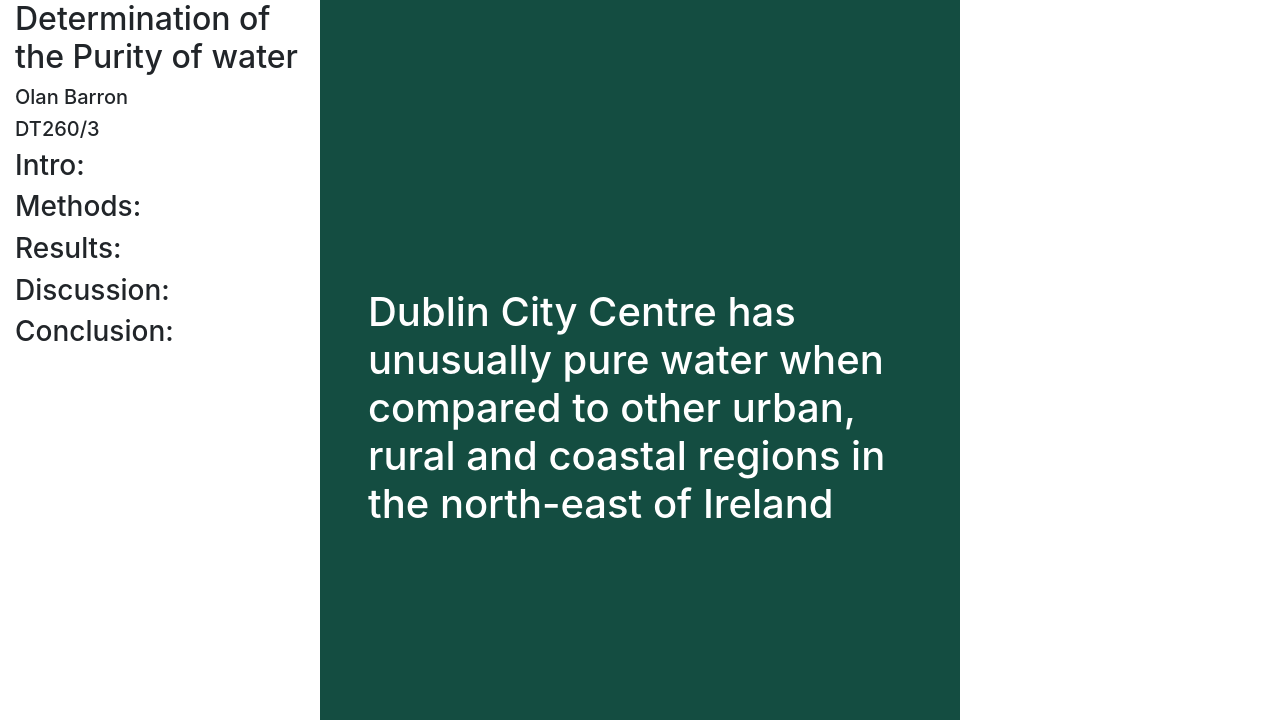
Repository: Olan1/project_poster
Page: index.html
The author's editor kept a record of every edit. The page is drawn from the files as they stood at one moment, then again after the next edit.
The browser window is 1280 px wide. The pictures show the whole page.

Above is the page before.

### index.html
<!DOCTYPE html>
<html lang="en">

<head>
    <meta charset="UTF-8">
    <meta name="viewport" content="width=device-width, initial-scale=1.0">
    <meta http-equiv="X-UA-Compatible" content="ie=edge">

    <!-- Bootstrap -->
    <link rel="stylesheet" href="https://stackpath.bootstrapcdn.com/bootstrap/4.4.1/css/bootstrap.min.css" integrity="sha384-Vkoo8x4CGsO3+Hhxv8T/Q5PaXtkKtu6ug5TOeNV6gBiFeWPGFN9MuhOf23Q9Ifjh" crossorigin="anonymous">

    <!-- Local CSS -->
    <link rel="stylesheet" href="static/style.css" type="text/css" />

    <title>Purity of Water</title>
</head>

<body>
    <div class="container-fluid">
        <div class="row">
            <div class="col-3">
                <h2>Determination of the Purity of water</h2>
                <h5>Olan Barron</h5>
                <h5>DT260/3</h5>

                <h3>Intro:</h3>
                <h3>Methods:</h3>
                <h3>Results:</h3>
                <h3>Discussion:</h3>
                <h3>Conclusion:</h3>
            </div>
            <div class="col-6 bg-green p-0">
                <h1 class="white-text center-text center-align m-5">Dublin City Centre has unusually pure water when compared to other urban, rural and coastal regions in the north-east of Ireland</h1>
            </div>
            <div class="col-3">

            </div>
        </div>
    </div>


    <script src="https://cdnjs.cloudflare.com/ajax/libs/jquery/3.5.0/jquery.min.js"></script>
    <script src="https://cdn.jsdelivr.net/npm/popper.js@1.16.0/dist/umd/popper.min.js" integrity="sha384-Q6E9RHvbIyZFJoft+2mJbHaEWldlvI9IOYy5n3zV9zzTtmI3UksdQRVvoxMfooAo" crossorigin="anonymous"></script>
    <script src="https://stackpath.bootstrapcdn.com/bootstrap/4.4.1/js/bootstrap.min.js" integrity="sha384-wfSDF2E50Y2D1uUdj0O3uMBJnjuUD4Ih7YwaYd1iqfktj0Uod8GCExl3Og8ifwB6" crossorigin="anonymous"></script>
</body>

</html>

### assets/css/style.css
body,
.container-fluid,
.row {
    height: 100vh;
}

.bg-green {
    background-color: #144D41;
}

.white-text {
    color: #ffffff;
}

.justify {
    text-align: justify;
}

.center-align {
    position: absolute;
    top: 50%;
    transform: translate(0, -50%);
}

After the next edit:
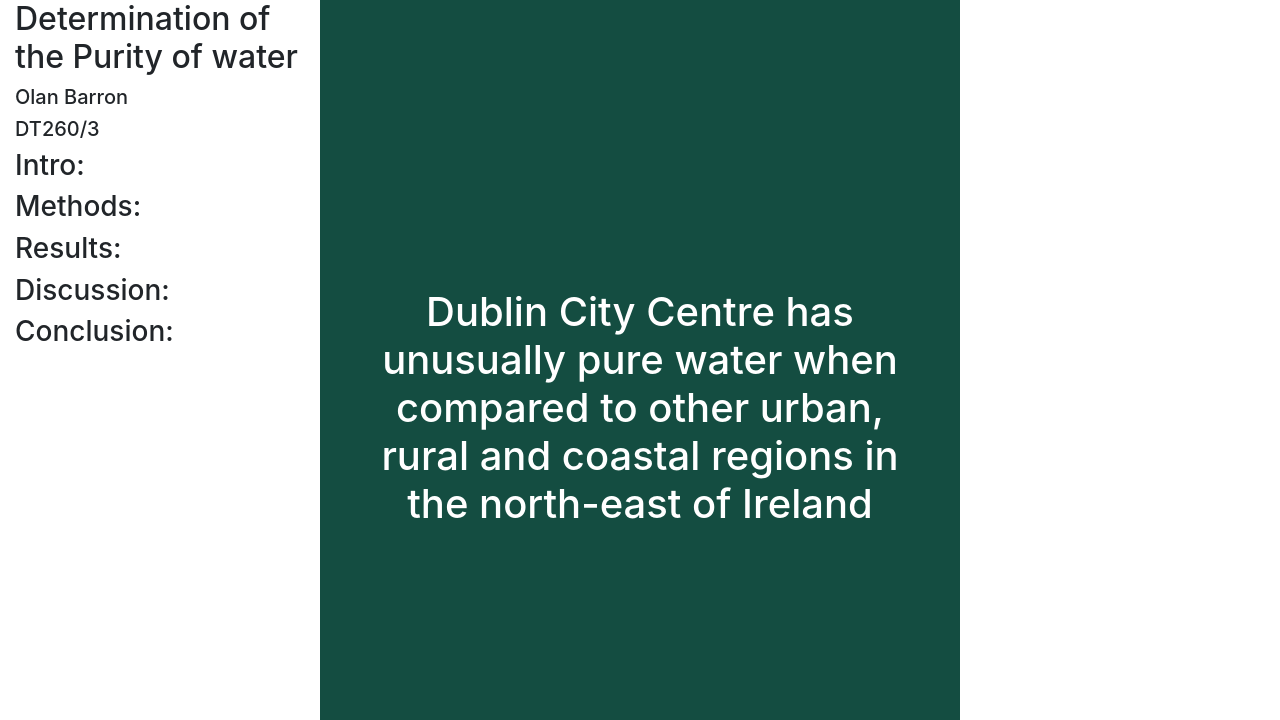
The edit:
--- a/assets/css/style.css
+++ b/assets/css/style.css
@@ -12,8 +12,8 @@
     color: #ffffff;
 }
 
-.justify {
-    text-align: justify;
+.center-text {
+    text-align: center;
 }
 
 .center-align {
